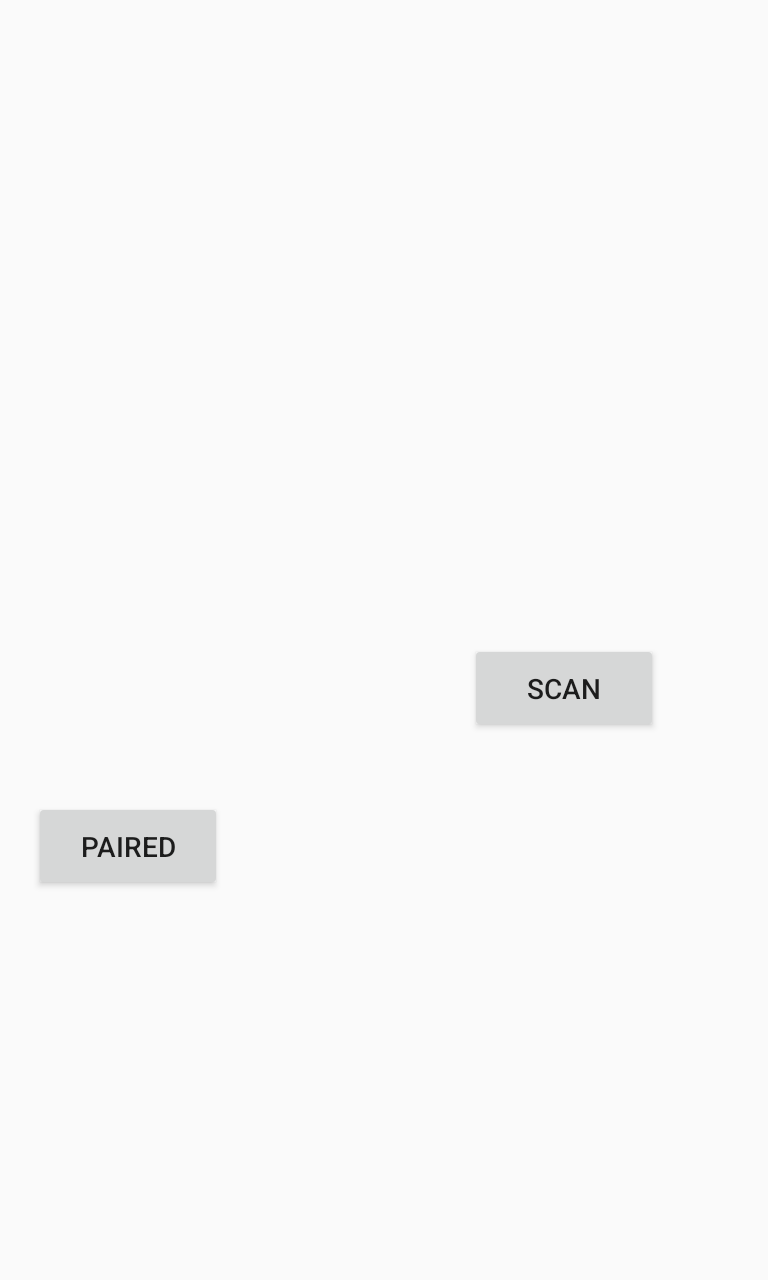
Repository: requiem3/Bluetooth_App
Layout: Bluetooth_App/res/layout/activity_bluetooth__app.xml
An editor plug-in stored every save of this project. The layout is shown before and after the next save, followed by the edit.
It is drawn on a 768 x 1280 px phone screen (xhdpi) without system bars, with theme AppTheme; the app's code is not run. Lists and similar views that code fills are empty.

Above is the layout before, as saved 2015-02-09 02:30:45.

### Bluetooth_App/res/layout/activity_bluetooth__app.xml
<RelativeLayout xmlns:android="http://schemas.android.com/apk/res/android"
    xmlns:tools="http://schemas.android.com/tools"
    android:layout_width="match_parent"
    android:layout_height="match_parent"
    android:paddingBottom="@dimen/activity_vertical_margin"
    android:paddingLeft="@dimen/activity_horizontal_margin"
    android:paddingRight="@dimen/activity_horizontal_margin"
    android:paddingTop="@dimen/activity_vertical_margin"
    tools:context="com.example.bluetooth_app.Bluetooth_App" >

    <Button
        android:id="@+id/scanButton"
        android:layout_width="96dp"
        android:layout_height="wrap_content"
        android:layout_alignParentRight="true"
        android:layout_alignTop="@+id/deviceList"
        android:layout_marginRight="38dp"
        android:text="Scan" />

    <ListView
        android:id="@+id/deviceList"
        android:layout_width="200dp"
        android:layout_height="wrap_content"
        android:layout_alignParentLeft="true"
        android:layout_centerVertical="true"
        android:layout_marginLeft="21dp" >
    </ListView>

    <Button
        android:id="@+id/pairedButton"
        android:layout_width="96dp"
        android:layout_height="wrap_content"
        android:layout_alignParentRight="@+id/scanButton"
        android:layout_below="@+id/scanButton"
        android:layout_marginTop="31dp"
        android:text="Paired" />

</RelativeLayout>

Loaded but not shown: Bluetooth_App/res/values/styles.xml (common file); Bluetooth_App/res/values-v11/styles.xml (common file); Bluetooth_App/res/values-v14/styles.xml (common file); Bluetooth_App/res/values/dimens.xml (common file); Bluetooth_App/res/values-w820dp/dimens.xml (common file)

After the next save:
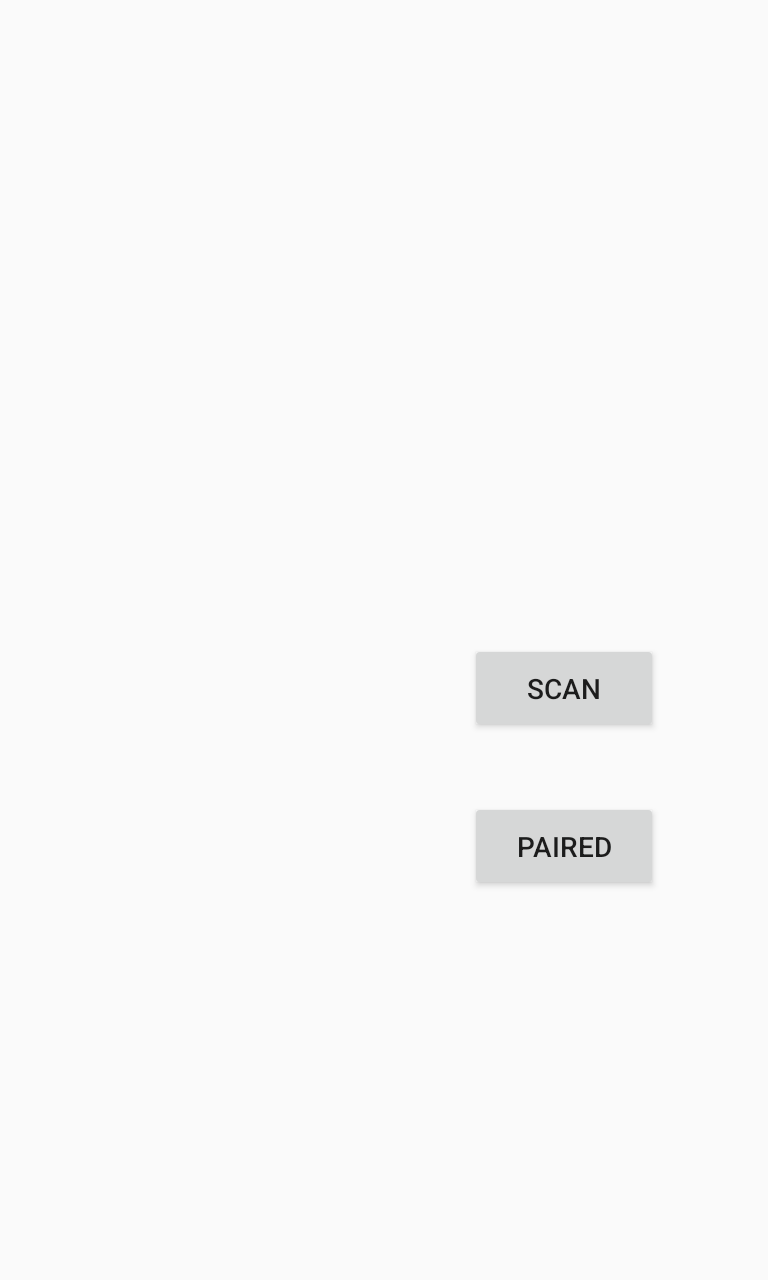
Saved 4 s later.
--- a/Bluetooth_App/res/layout/activity_bluetooth__app.xml
+++ b/Bluetooth_App/res/layout/activity_bluetooth__app.xml
@@ -30,7 +30,7 @@
         android:id="@+id/pairedButton"
         android:layout_width="96dp"
         android:layout_height="wrap_content"
-        android:layout_alignParentRight="@+id/scanButton"
+        android:layout_alignRight="@+id/scanButton"
         android:layout_below="@+id/scanButton"
         android:layout_marginTop="31dp"
         android:text="Paired" />
